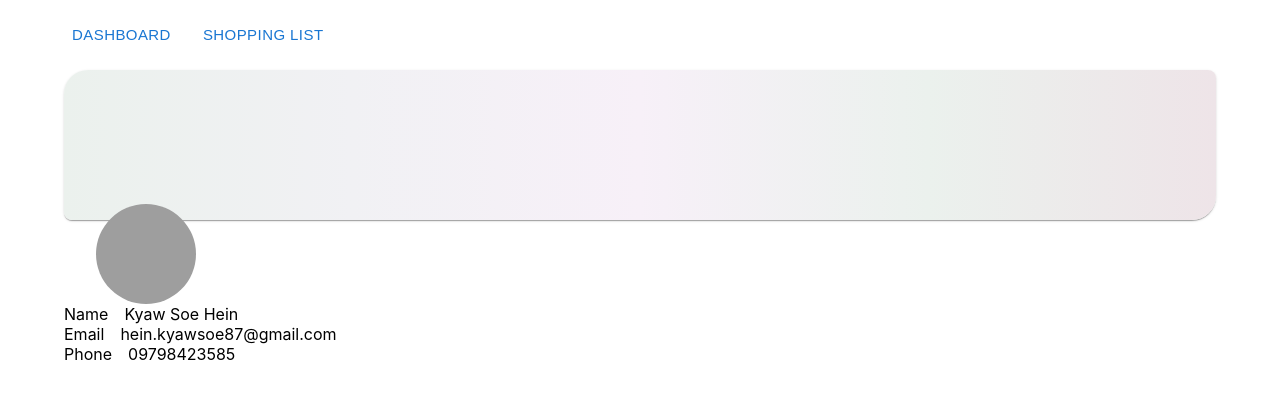
Repository: KyawSoeHein/GoogleAuthReact
Page: /
These files come from the project's save history. The page is drawn as it stood at one moment and after the next save; the edit follows.
The browser window is 1280 px wide. The pictures show the whole page.
Pictures or frames that could not be fetched are drawn as grey boxes. The project was rebuilt for these pictures with package versions that can differ from the ones it lists, and the page was loaded fresh each time. Also part of the build but not shown: src/App.css.

Above is the page before, as saved 2022-02-14 19:33:45.

### src/index.tsx
import React from "react";
import ReactDOM from "react-dom";
import "./index.css";
import App from "./App";
import Dashboard from "./View/Dashboard";
import reportWebVitals from "./reportWebVitals";

ReactDOM.render(
  <React.StrictMode>
    <Dashboard />
  </React.StrictMode>,
  document.getElementById("root")
);

// If you want to start measuring performance in your app, pass a function
// to log results (for example: reportWebVitals(console.log))
// or send to an analytics endpoint. Learn more: https://bit.ly/CRA-vitals
reportWebVitals();

### src/View/Dashboard.tsx
import React from "react";
import { Container, Grid, Stack } from "@mui/material";
import MenuSelection from "../Components/MenuSelection";
import CoverAndProfilePhoto from "../Components/CoverAndProfilePhoto";

const Dashboard = () => {
  return (
    <Grid>
      <Container>
        <div style={{ marginTop: 16 }}>
          <MenuSelection />
        </div>

        <div style={{ marginTop: 16 }}>
          <CoverAndProfilePhoto />
        </div>

        <Stack direction={"row"} spacing={2}>
          <div>Name</div>
          <div>Kyaw Soe Hein</div>
        </Stack>

        <Stack direction={"row"} spacing={2}>
          <div>Email</div>
          <div>hein.kyawsoe87@gmail.com</div>
        </Stack>

        <Stack direction={"row"} spacing={2}>
          <div>Phone</div>
          <div>09798423585</div>
        </Stack>
      </Container>
    </Grid>
  );
};

export default Dashboard;

### src/Components/MenuSelection.tsx
import React from "react";
import { Button, Stack } from "@mui/material";
import "../App.css";

const MenuSelection = () => {
  const buttonFontSize = 15;

  return (
    <Stack direction={"row"} spacing={2}>
      <Button sx={{ fontSize: buttonFontSize, fontFamily: "sans-serif" }}>
        Dashboard
      </Button>
      <Button sx={{ fontSize: buttonFontSize, fontFamily: "sans-serif" }}>
        Shopping List
      </Button>
    </Stack>
  );
};

export default MenuSelection;

### src/Components/CoverAndProfilePhoto.tsx
import React from "react";
import { Avatar, Button, Paper, Stack } from "@mui/material";
import "../App.css";

const CoverAndProfilePhoto = () => {
  return (
    <div>
      <Paper
        elevation={1}
        sx={{
          height: 150,
          borderTopRightRadius: 8,
          borderTopLeftRadius: 24,
          borderBottomLeftRadius: 8,
          borderBottomRightRadius: 24,
          background:
            "linear-gradient(to right, rgb(235,241,237), rgb(241,241,244), rgb(247,240,248), rgb(235,241,237), rgb(238,228,232))",
        }}
      ></Paper>

      <Avatar
        alt="Remy Sharp"
        src="/static/images/avatar/1.jpg"
        sx={{ width: 100, height: 100, marginTop: -2, marginLeft: 4 }}
      />
    </div>
  );
};

export default CoverAndProfilePhoto;

Loaded but not shown: public/index.html (common file); src/index.css (common file); src/reportWebVitals.ts (common file)

After the next save:
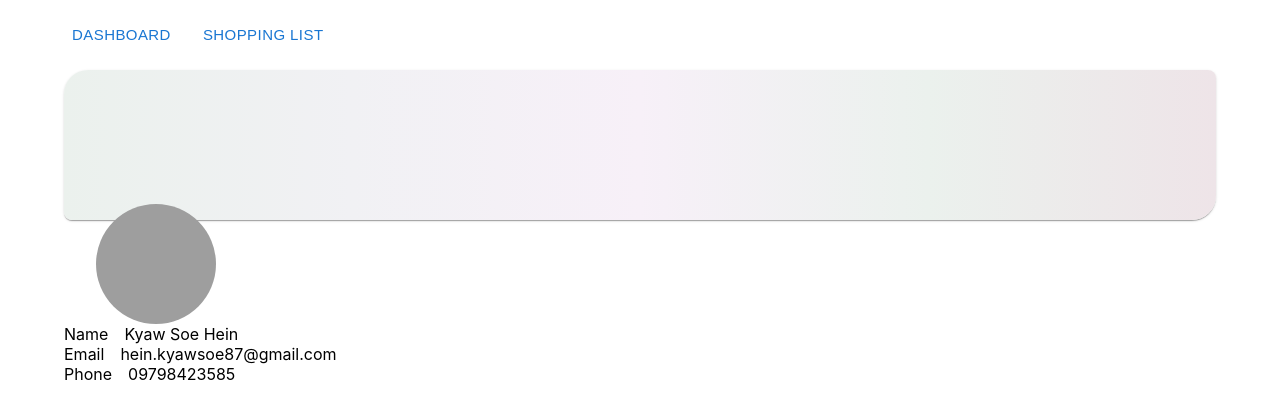
Saved 9 s later.
--- a/src/Components/CoverAndProfilePhoto.tsx
+++ b/src/Components/CoverAndProfilePhoto.tsx
@@ -21,7 +21,7 @@ const CoverAndProfilePhoto = () => {
       <Avatar
         alt="Remy Sharp"
         src="/static/images/avatar/1.jpg"
-        sx={{ width: 100, height: 100, marginTop: -2, marginLeft: 4 }}
+        sx={{ width: 120, height: 120, marginTop: -2, marginLeft: 4 }}
       />
     </div>
   );
